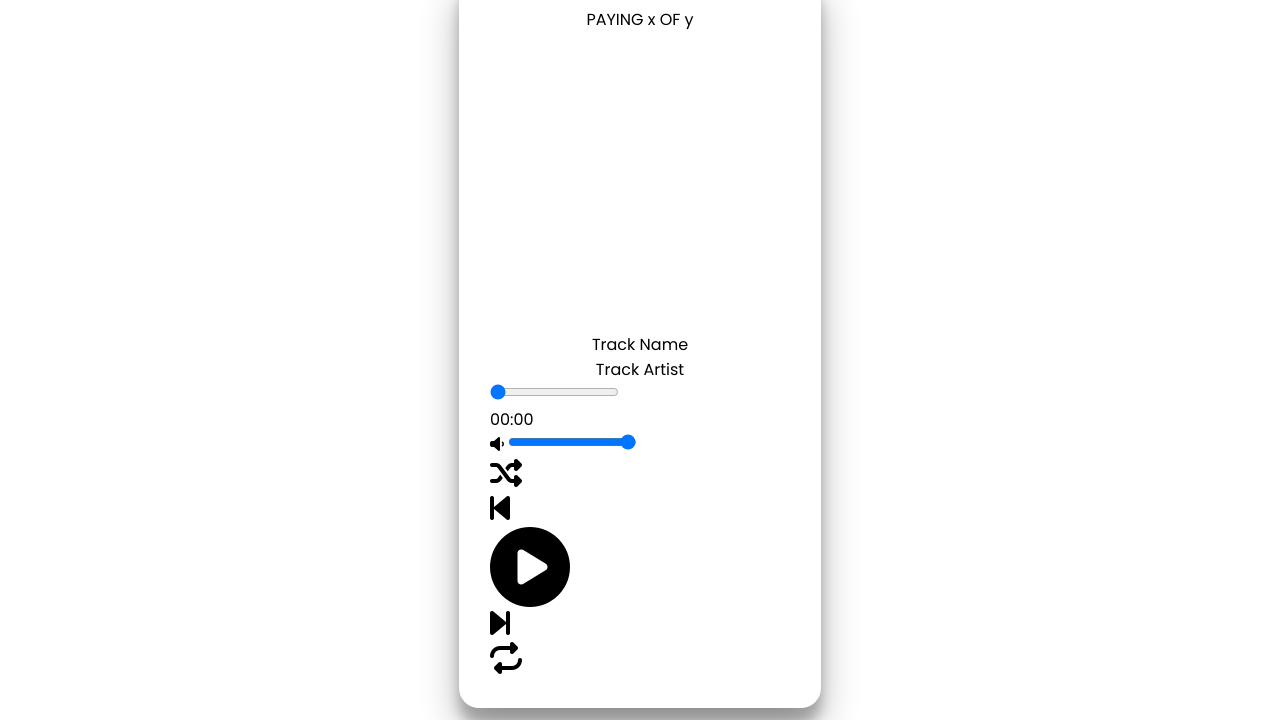
Repository: NguyenVietPhuQuy/Javascript-AudioPlayer
Page: index.html
An editor plug-in stored every save of this project. The page is shown before and after the next save, followed by the edit.
The browser window is 1280 px wide. The pictures show the whole page.

Above is the page before, as saved 2022-11-09 08:27:21.

### index.html
<!DOCTYPE html>
<html lang="en">
<head>
    <meta charset="UTF-8">
    <meta http-equiv="X-UA-Compatible" content="IE=edge">
    <meta name="viewport" content="width=device-width, initial-scale=1.0">
    <title>Music Player</title>
    <!--Font-Awesome-->
    <link rel="stylesheet" href="https://cdnjs.cloudflare.com/ajax/libs/font-awesome/6.2.0/css/all.min.css">
    <!--Css-->
    <link rel="stylesheet" href="index.css">
</head>
<body>
    <div class="player">
        <div class="wrapper">
            <div class="details">
                <div class="now-playing">PAYING x OF y</div>
                <div class="track-art"></div>
                <div class="track-name">Track Name</div>
                <div class="track-artist">Track Artist</div>
            </div>

            <div class="slider_container">
                <div class="current-time"></div>
                <input type="range" min="1" max="100" value="0"
                class="seek_slider" onchange="seekTo()">
                <div class="total-duration">00:00</div>
            </div>

            <div class="slider_container">
                <i class="fa fa-volume-down"></i>
                <input type="range" min="1" max="100" value="99"
                class="volume_slider" onchange="setVolume()">
            </div>

            <div class="buttons">
                <div class="random-track">
                    <i class="fas fa-random fa-2x" title="random"
                    onclick="randomTrack()"></i>
                </div>

                <div class="prev-track">
                    <i class="fas fa-step-backward fa-2x"
                    onclick="prevTrack()"></i>
                </div>

                <div class="playerpause-track">
                    <i class="fas fa-play-circle fa-5x"
                    onclick="playPauseTrack()"></i>
                </div>

                <div class="next-track">
                    <i class="fas fa-step-forward fa-2x"
                    onclick="nextTrack()"></i>
                </div>

                <div class="repeat-track">
                    <i class="fas fa-repeat fa-2x" title="repeat"
                    onclick="repeatTrack()"></i>
                </div>
            </div>

            <div id="wave">
                <span class="stroke"></span>
                <span class="stroke"></span>
                <span class="stroke"></span>
                <span class="stroke"></span>
                <span class="stroke"></span>
                <span class="stroke"></span>
                <span class="stroke"></span>
            </div>
        </div>
    </div>
    <!--Main-->
    <script src="index.js"></script>
</body>
</html>

### index.css
/*Font Google and base*/
@import url('https://fonts.googleapis.com/css2?family=Poppins&display=swap');
*{
    font-family: 'Poppins',sans-serif;
    box-sizing: border-box;
    margin: 0 auto;
}
img{
    width: 100%;
}
/*Main*/
.player{
    height: 95vh;
    display: flex;
    align-items: center;
    flex-direction: column;
    justify-content: center;
}
.wrapper{
    border: 1px solid transparent;
    padding: 30px;
    border-radius: 20px;
    box-shadow: rgba(0, 0, 0, 0.3) 0 19px 38px, rgba(0, 0, 0, 0.22) 0 15px 12px
}
.details{
    display: flex;
    align-items: center;
    flex-direction: column;
    justify-content: center;
}
.track-art{
    margin: 25px;
    height: 250px;
    width: 250px;
    border: 2px solid #fff;
    background-size: cover;
    background-position: center;
    -moz-box-shadow:0px 6px 5px #ccc ;
}

Loaded but not shown: index.js (no copy from this time; the picture is the same without it)

After the next save:
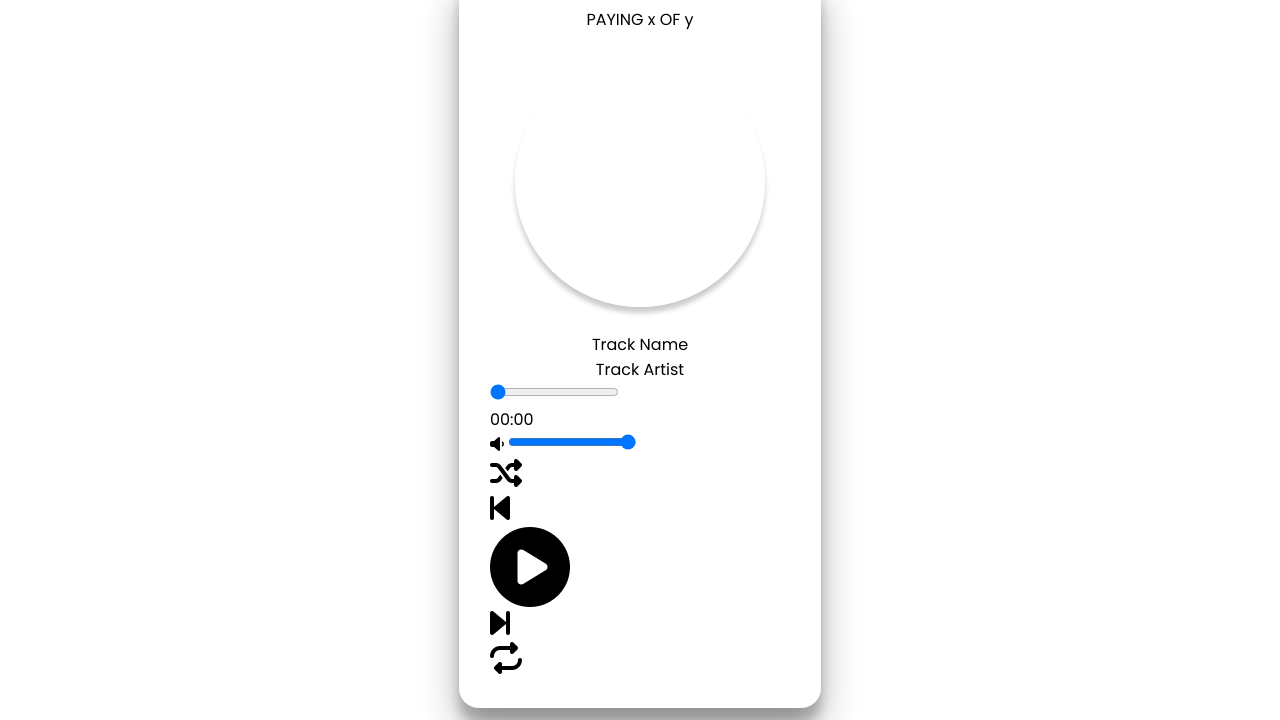
Saved 2 min 50 s later.
--- a/index.css
+++ b/index.css
@@ -35,5 +35,6 @@ img{
     border: 2px solid #fff;
     background-size: cover;
     background-position: center;
-    -moz-box-shadow:0px 6px 5px #ccc ;
+    box-shadow: 0px 6px 5px #ccc;
+    border-radius: 190px;
 }
